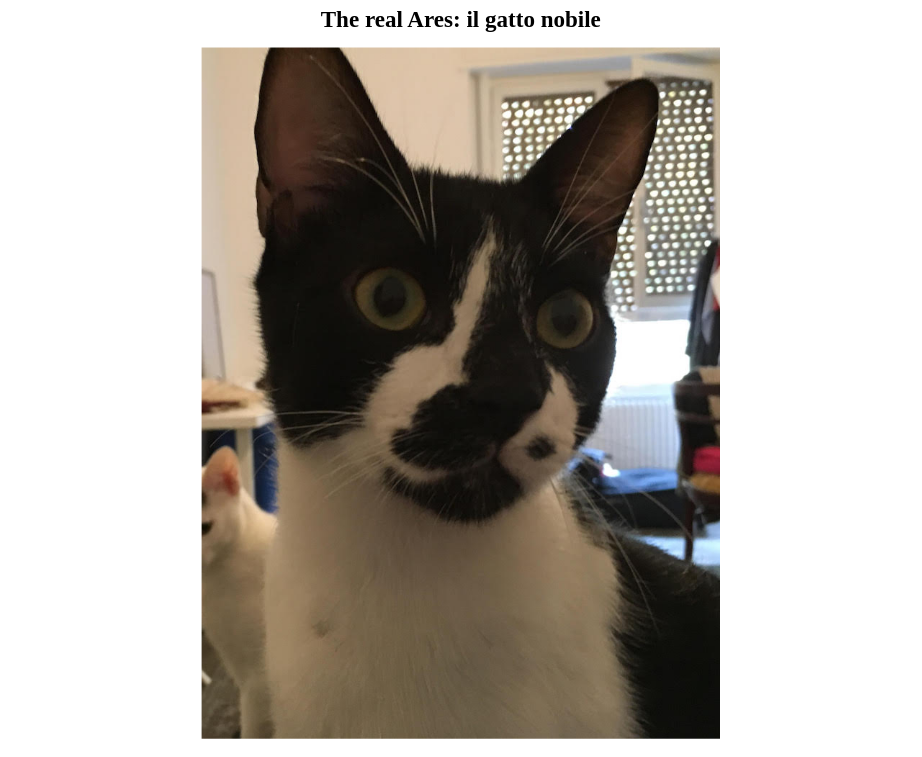
Repository: sdellang/web-paas
Page: web/ares.html
These files come from the project's save history. The page is drawn as it stood at one moment and after the next save; the edit follows.
The browser window is 1280 px wide. The pictures show the whole page, at 72% of full size.

Above is the page before, as saved 2017-10-23 15:29:06.

After the next save:
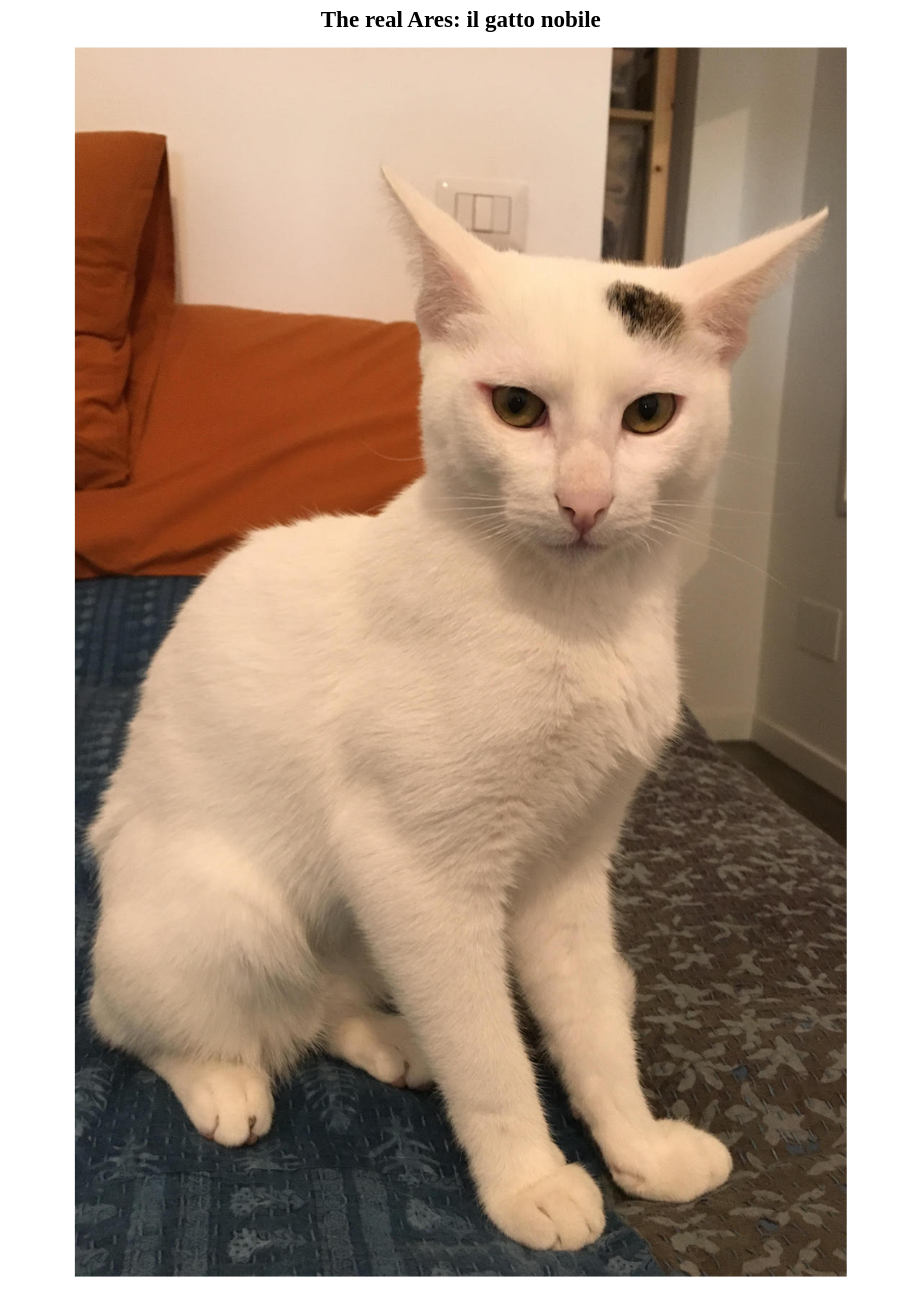
Saved 9 s later.
--- a/web/ares.html
+++ b/web/ares.html
@@ -7,7 +7,7 @@
 <body>
     <center>
         <h1>The real Ares: il gatto nobile</h1>
-        <img src=arlo.jpg><br /><br />
+        <img src=ares.jpg><br /><br />
     </center>
 </body>
 
